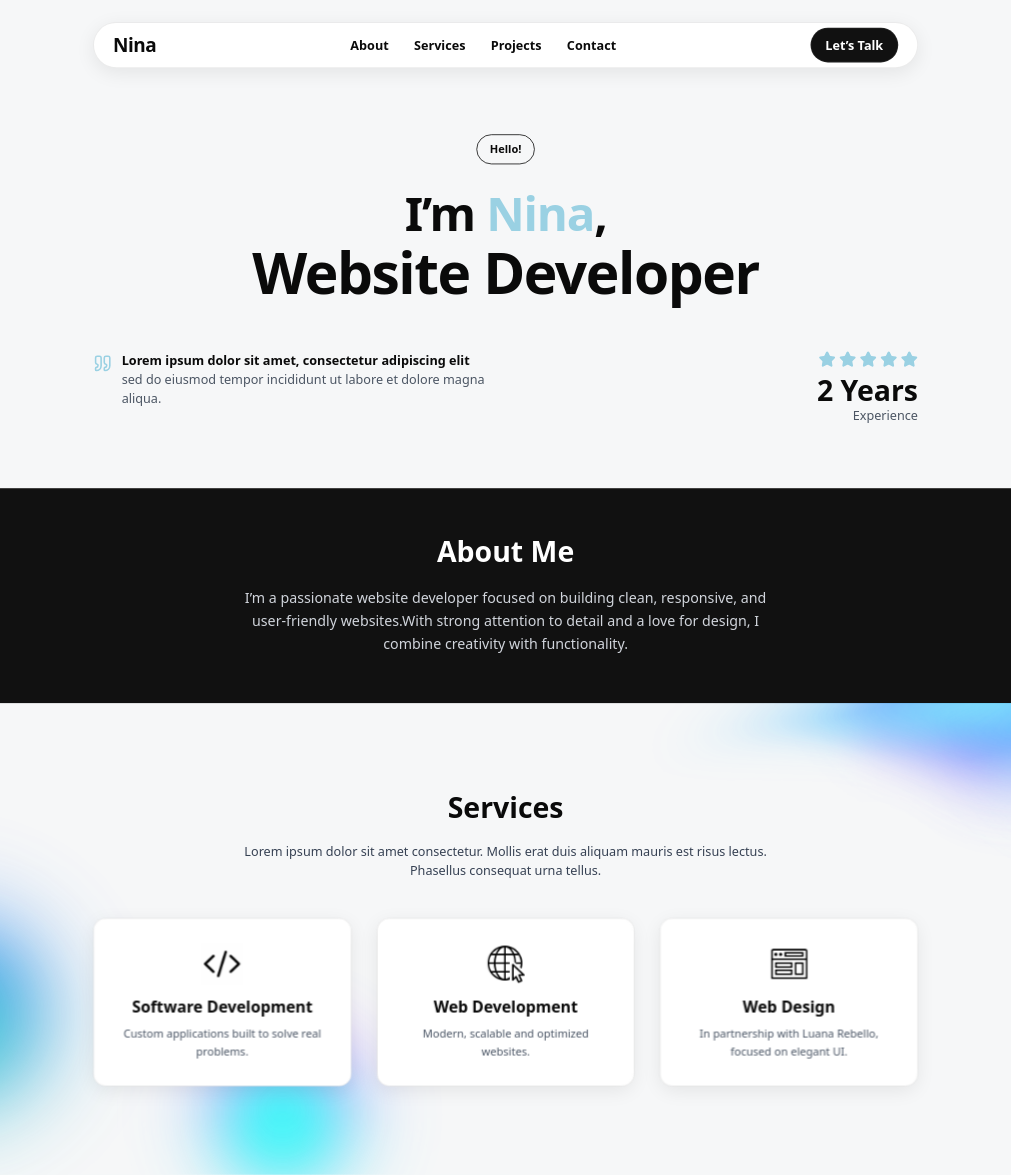
Repository: nina-rebello/portfolio
Page: /
The author's editor kept a copy of each file at every save. The page is drawn from the files as they stood at one save, then again after the next save.
The browser window is 1280 px wide. The pictures show the whole page, at 79% of full size.
The project was rebuilt for these pictures with package versions that can differ from the ones it lists, and the page was loaded fresh each time. The framework's server and built-in components were replaced by stand-ins that run in the browser. Also part of the build but not shown: next.config.ts.

Above is the page before, as saved 2025-09-11 16:07:49.

### app/page.tsx
// app/page.tsx
import Header from "@/components/header/Header";
import AboutMe from "@/components/sections/About";
import Hero from "@/components/sections/Hero";
import Services from "@/components/sections/Services";

export default function HomePage() {
  return (
    <>
      <Header />
      <main>
        <Hero />
        <AboutMe />
        <Services />
      </main>
    </>
  );
}

### app/globals.css
@import "tailwindcss";
/* app/(styles)/header.css */
:root{
  --bg:#f6f7f8;           /* fundo clarinho do mock */
  --ink:#0a0a0a;          /* texto principal */
  --muted:#4b5563;        /* texto secundário */
  --pill:#ffffff;         /* fundo do header/cta pill */
  --brand:#9ad1e3;        /* azul do “Nina” e estrelas */
}

html,body{background:var(--bg); color:var(--ink);}

/* helpers */
.container-hero{max-width:1100px; margin-inline:auto; padding-inline:clamp(16px,3vw,28px);}
.glass{
  background:var(--pill);
  border:1px solid rgba(0,0,0,.08);
  box-shadow:0 6px 24px rgba(0,0,0,.08);
}
.btn-pill{
  border-radius:9999px; padding:10px 18px; font-weight:600;
  background:#111; color:#fff; border:1px solid rgba(255,255,255,.1);
  transition:transform .15s ease, box-shadow .15s ease, opacity .2s ease;
}
.btn-pill:hover{ transform:translateY(-1px); box-shadow:0 8px 24px rgba(0,0,0,.18);}
.nav-link{ padding:10px 14px; border-radius:12px; font-weight:600; }
.nav-link:hover{ background:rgba(0,0,0,.04); }

### components/header/Header.tsx
"use client";

import Link from "next/link";
import { useState, useEffect } from "react";
import { Menu, X } from "lucide-react";

const NAV = [
  { label: "About", href: "#about" },
  { label: "Services", href: "#services" },
  { label: "Projects", href: "#projects" },
  { label: "Contact", href: "#contact" },
];

export default function Header() {
  const [open, setOpen] = useState(false);

  // fecha o menu ao navegar/scroll
  useEffect(() => {
    const close = () => setOpen(false);
    window.addEventListener("scroll", close);
    return () => window.removeEventListener("scroll", close);
  }, []);

  return (
    <header className="sticky top-7 z-50">
      <div className="container-hero">
        <div
          className="glass flex items-center justify-between rounded-[32px] px-4 sm:px-6 py-1.5"
          role="navigation"
          aria-label="Primary"
        >
          {/* logo / nome */}
          <Link href="/" className="font-bold tracking-tight text-xl sm:text-2xl">
            Nina
          </Link>

          {/* desktop nav */}
          <nav className="hidden md:flex items-center gap-1">
            {NAV.map((i) => (
              <a key={i.href} href={i.href} className="nav-link">
                {i.label}
              </a>
            ))}
          </nav>

          {/* CTA */}
          <div className="hidden md:block">
            <a href="#contact" className="btn-pill">Let’s Talk</a>
          </div>

          {/* mobile toggle */}
          <button
            aria-label="Abrir menu"
            className="md:hidden p-2 rounded-xl hover:bg-black/5"
            onClick={() => setOpen((v) => !v)}
          >
            {open ? <X /> : <Menu />}
          </button>
        </div>

        {/* mobile sheet */}
        {open && (
          <div className="md:hidden mt-2 glass rounded-3xl p-3">
            <nav className="grid gap-1">
              {NAV.map((i) => (
                <a
                  key={i.href}
                  href={i.href}
                  className="nav-link"
                  onClick={() => setOpen(false)}
                >
                  {i.label}
                </a>
              ))}
              <a href="#contact" className="btn-pill text-center mt-1">
                Let’s Talk
              </a>
            </nav>
          </div>
        )}
      </div>
    </header>
  );
}

### components/sections/About.tsx
export default function AboutMe() {
  return (
    <section id="about" className="bg-[#111] text-white  py-11 sm:py-15 mt-4 sm:mt-20">
      <div className="container-hero text-center">
        <h2 className="text-3xl sm:text-4xl font-extrabold mb-6">
          About Me
        </h2>
        <p className="max-w-2xl mx-auto text-lg text-gray-300 leading-relaxed">
          I’m a passionate website developer focused on building
          clean, responsive, and user-friendly websites.
          {/* <br /> */}
          With strong attention to detail and a love for design,
          I combine creativity with functionality.
        </p>
      </div>
    </section>
  );
}

### components/sections/Hero.tsx
import { Quote, Star } from "lucide-react";

function HelloBubble() {
  return (
    <div className="inline-flex items-center gap-2">
      <span className="inline-flex items-center justify-center rounded-full border px-4 py-2 text-sm font-semibold">
        Hello!
      </span>
    </div>
  );
}

export default function Hero() {
  return (
    <section className="pt-20 sm:pt-28">
      <div className="container-hero">
        {/* bloco principal */}
        <div className="text-center">
          <div className="mb-6 sm:mb-8">
            <HelloBubble />
          </div>

          <p className="text-4xl sm:text-5xl md:text-6xl font-bold tracking-tight">
            I’m{" "}
            <span style={{ color: "var(--brand)" }}>
              Nina
            </span>
            ,
          </p>
          <h1 className="mt-2 text-4xl sm:text-6xl md:text-7xl font-bold tracking-tight">
            Website Developer
          </h1>
        </div>

        {/* faixa inferior: quote esquerda / rating direita */}
        <div className="mt-16 grid grid-cols-1 md:grid-cols-2 gap-8 items-start">
          {/* quote */}
          <div className="flex gap-3">
            <div className="mt-1">
              <Quote className="text-[var(--brand)]" />
            </div>
            <div>
              <p className="font-semibold">
                Lorem ipsum dolor sit amet, consectetur adipiscing elit
              </p>
              <p className="text-[var(--muted)]">
                sed do eiusmod tempor incididunt ut labore et dolore magna aliqua.
              </p>
            </div>
          </div>

          {/* rating / experiência */}
          <div className="flex md:justify-end">
            <div className="text-right">
              <div className="flex justify-end gap-1 mb-2" aria-label="5 out of 5 stars">
                {Array.from({ length: 5 }).map((_, i) => (
                  <Star key={i} className="text-[var(--brand)]" fill="currentColor" size={22} />
                ))}
              </div>
              <div className="text-3xl sm:text-4xl font-bold">2 Years</div>
              <div className="text-[var(--muted)]">Experience</div>
            </div>
          </div>
        </div>
      </div>
    </section>
  );
}

### components/sections/Services.tsx
import Image from "next/image";
import { Code, Globe, Layout } from "lucide-react";

const services = [
  {
    icon: "/icons/icons8-source-code-96.png",
    title: "Software Development",
    desc: "Custom applications built to solve real problems.",
  },
  {
    icon: "/icons/icons8-internet-100.png",
    title: "Web Development",
    desc: "Modern, scalable and optimized websites.",
  },
  {
    icon: "/icons/icons8-web-100.png",
    title: "Web Design",
    desc: "In partnership with Luana Rebello, focused on elegant UI.",
  },
];
export default function Services() {
  return (
    <section id="services" className="relative overflow-hidden py-28">
      {/* === background gradients === */}
      <div className="absolute inset-0 z-0 pointer-events-none select-none">
        <Image
          src="/gradients/light-leak-blur-transparent-free-png.png"
          alt=""
          width={1400}
          height={1000}
          className="absolute -top-80 left-200 w-[1000px] opacity-80"
          priority
        />
        <Image
          src="/gradients/blur-gradient-purple.png"
          alt=""
          width={1200}
          height={1200}
          className="absolute -bottom-40 left-[8%] w-[520px] opacity-70"
        />
        <Image
          src="/gradients/blur-gradient.png"
          alt=""
          width={600}
          height={600}
          className="absolute top-24 right-250 w-[660px] opacity-70"
        />
      </div>

      {/* === conteúdo (fica acima do fundo) === */}
      <div className="container-hero relative z-10 text-center">
        <h2 className="text-3xl sm:text-4xl font-extrabold mb-6">Services</h2>
        <p className="max-w-2xl mx-auto mb-12 text-gray-700">
          Lorem ipsum dolor sit amet consectetur. Mollis erat duis aliquam
          mauris est risus lectus. Phasellus consequat urna tellus.
        </p>

        <div className="grid gap-8 sm:grid-cols-2 lg:grid-cols-3">
          {services.map((s) => (
            <div
              key={s.title}
              className="glass p-8 rounded-2xl backdrop-blur-md hover:shadow-xl transition"
            >
              <Image
                src={s.icon}
                alt={s.title}
                width={50}
                height={50}
                className="mx-auto mb-4"
              />
              <h3 className="font-bold text-xl mb-2">{s.title}</h3>
              <p className="text-gray-600 text-sm leading-relaxed">{s.desc}</p>
            </div>
          ))}
        </div>
      </div>
    </section>
  );
}

Loaded but not shown: app/layout.tsx (common file)

After the next save:
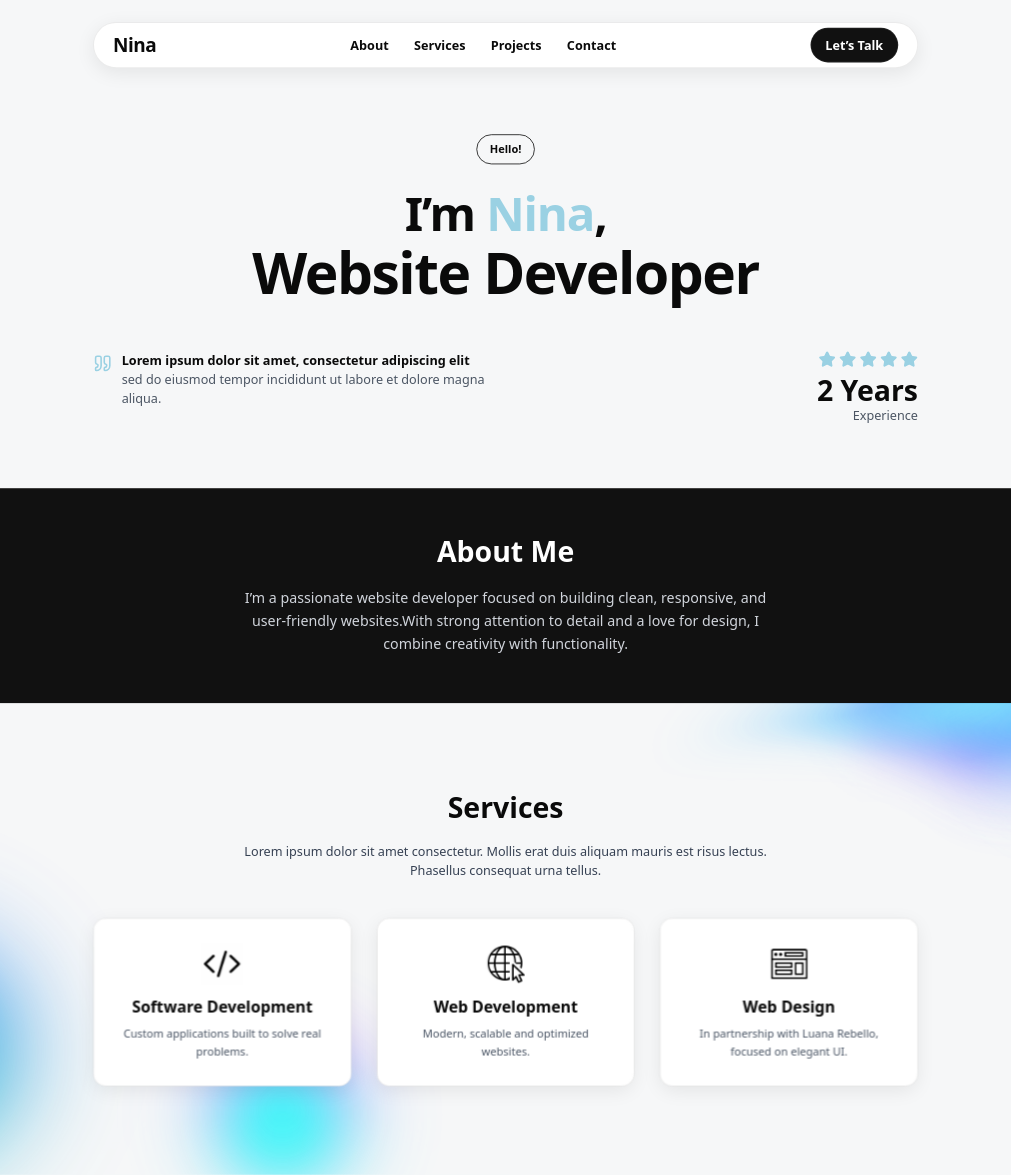
Saved 9 s later.
--- a/components/sections/Services.tsx
+++ b/components/sections/Services.tsx
@@ -43,7 +43,7 @@ export default function Services() {
           alt=""
           width={600}
           height={600}
-          className="absolute top-24 right-250 w-[660px] opacity-70"
+          className="absolute top-24 right-250 w-[760px] opacity-70"
         />
       </div>
 
